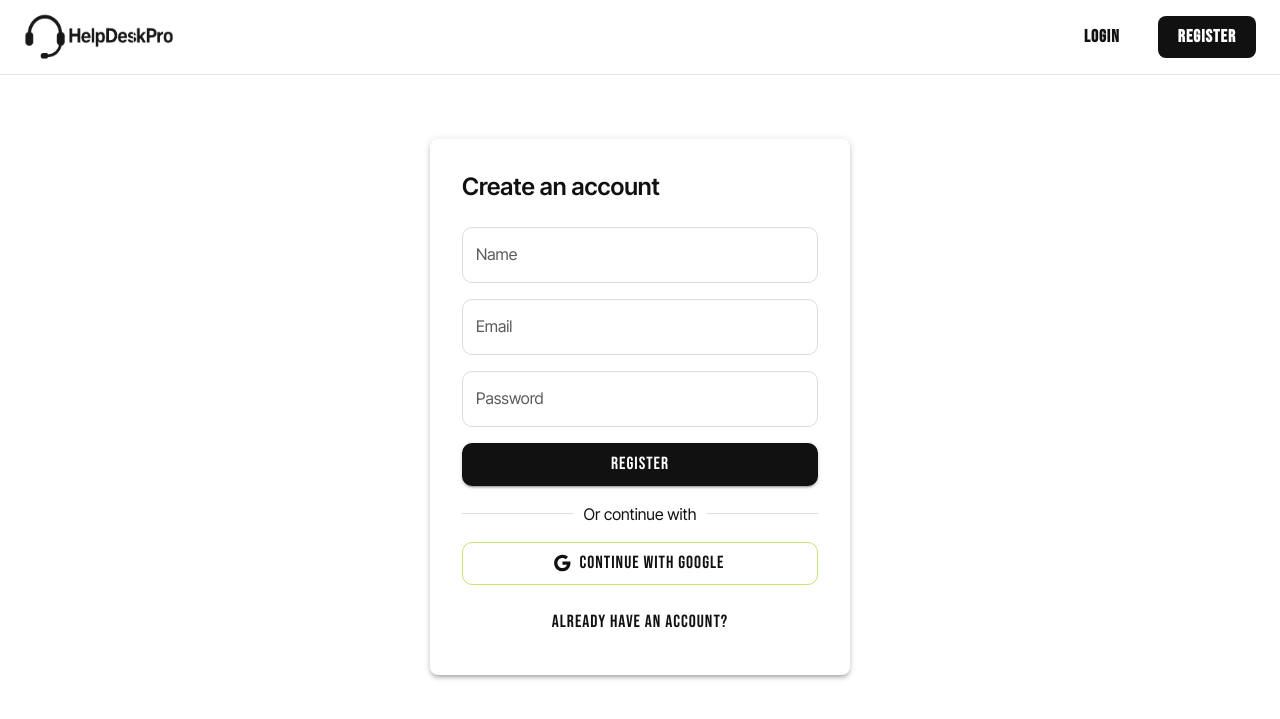
Repository: vcmvanesa7/HelpDeskProAssesment
Page: /auth/register
An editor plug-in stored every save of this project. The page is shown before and after the next save, followed by the edit.
The browser window is 1280 px wide. The pictures show the whole page.
The page's requests for data from a server got no answer. The project was rebuilt for these pictures with package versions that can differ from the ones it lists, and the page was loaded fresh each time. The framework's server and built-in components were replaced by stand-ins that run in the browser. No one was signed in, and anything a server would have sent is missing. Also part of the build but not shown: next.config.js, next.config.ts.

Above is the page before, as saved 2025-12-09 10:22:52.

After the next save:
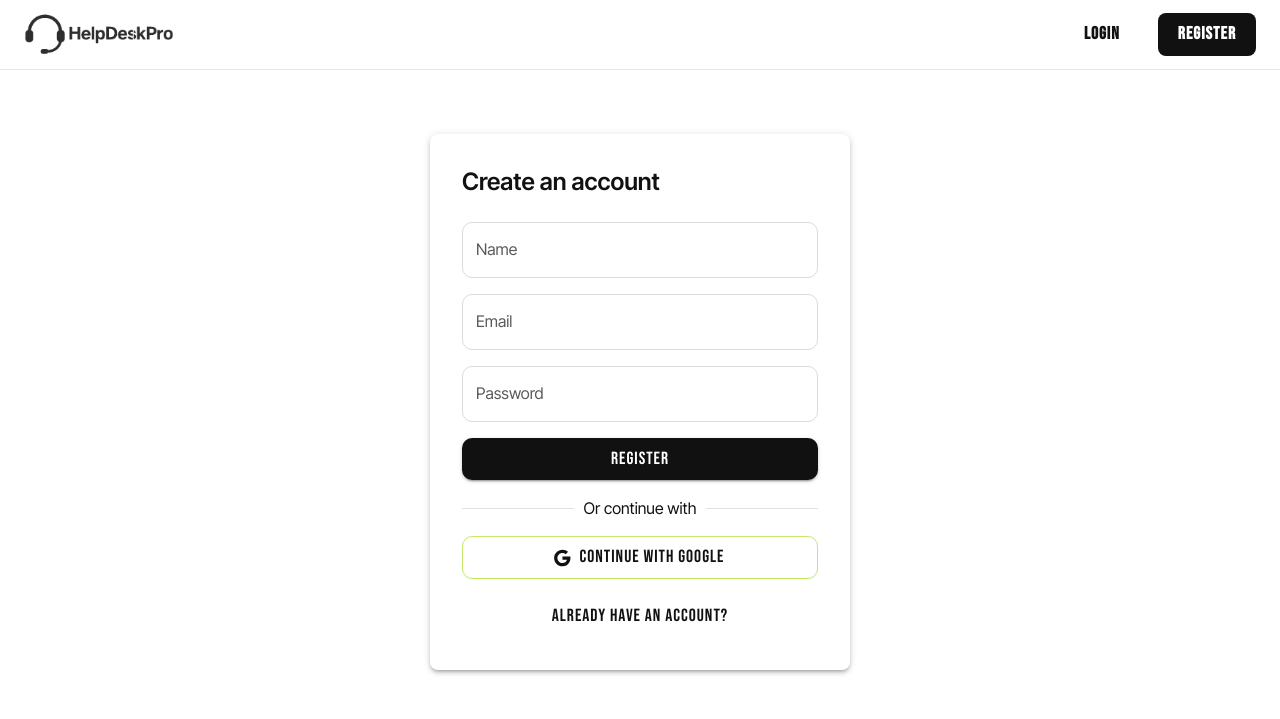
Saved 3 min 1 s later.
--- a/src/app/layout.tsx
+++ b/src/app/layout.tsx
@@ -1,5 +1,5 @@
 import type { Metadata } from "next";
-import "./";
+import "./styles.css";
 
 import MainNavbar from "@/components/layout/MainNavbar";
 import Providers from "./providers";
